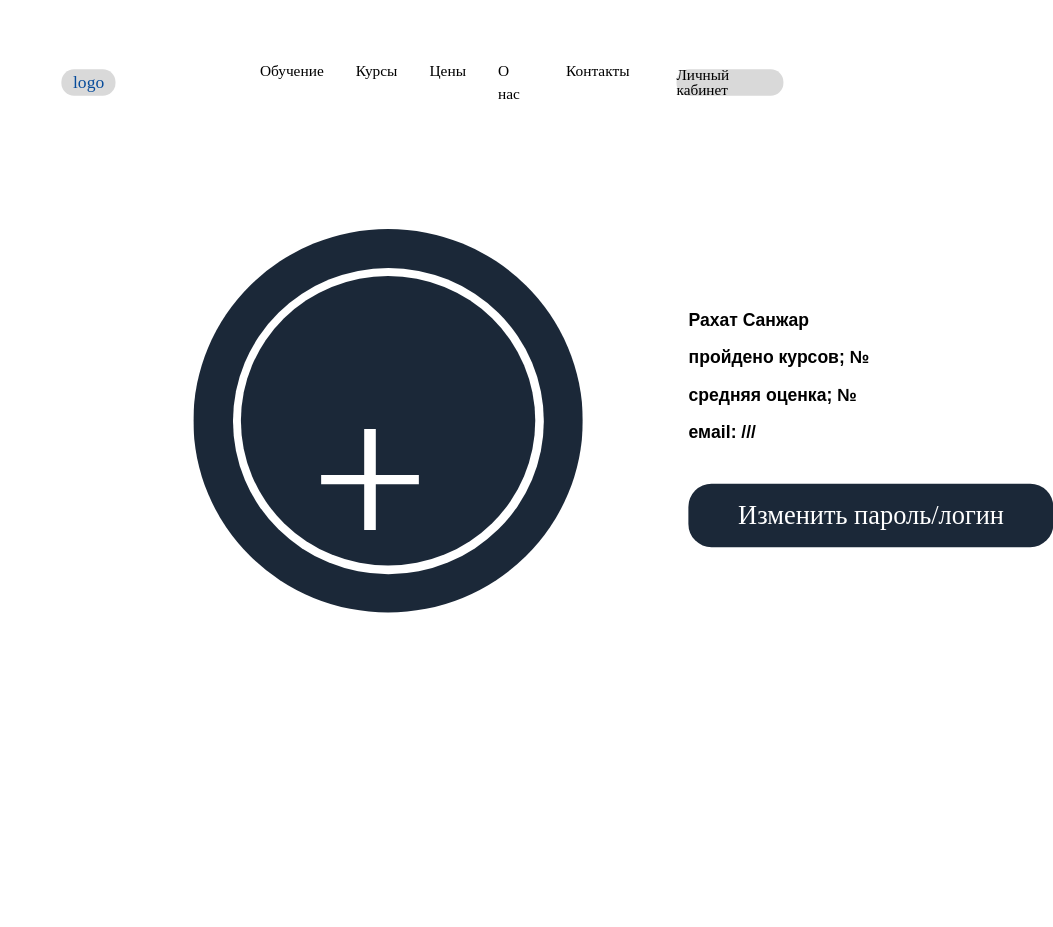
Repository: marjango/course
Page: /auth/profile
These files come from the project's save history. The page is drawn as it stood at one moment and after the next save; the edit follows.
The browser window is 1280 px wide. The page is 1596 px wide, so the pictures cover 1596 px, including what lies to the right of the window. The pictures show the whole page, at 66% of full size.
The project was rebuilt for these pictures with package versions that can differ from the ones it lists, and the page was loaded fresh each time. The framework's server and built-in components were replaced by stand-ins that run in the browser. Also part of the build but not shown: next.config.ts.

Above is the page before, as saved 2025-03-27 17:35:14.

After the next save:
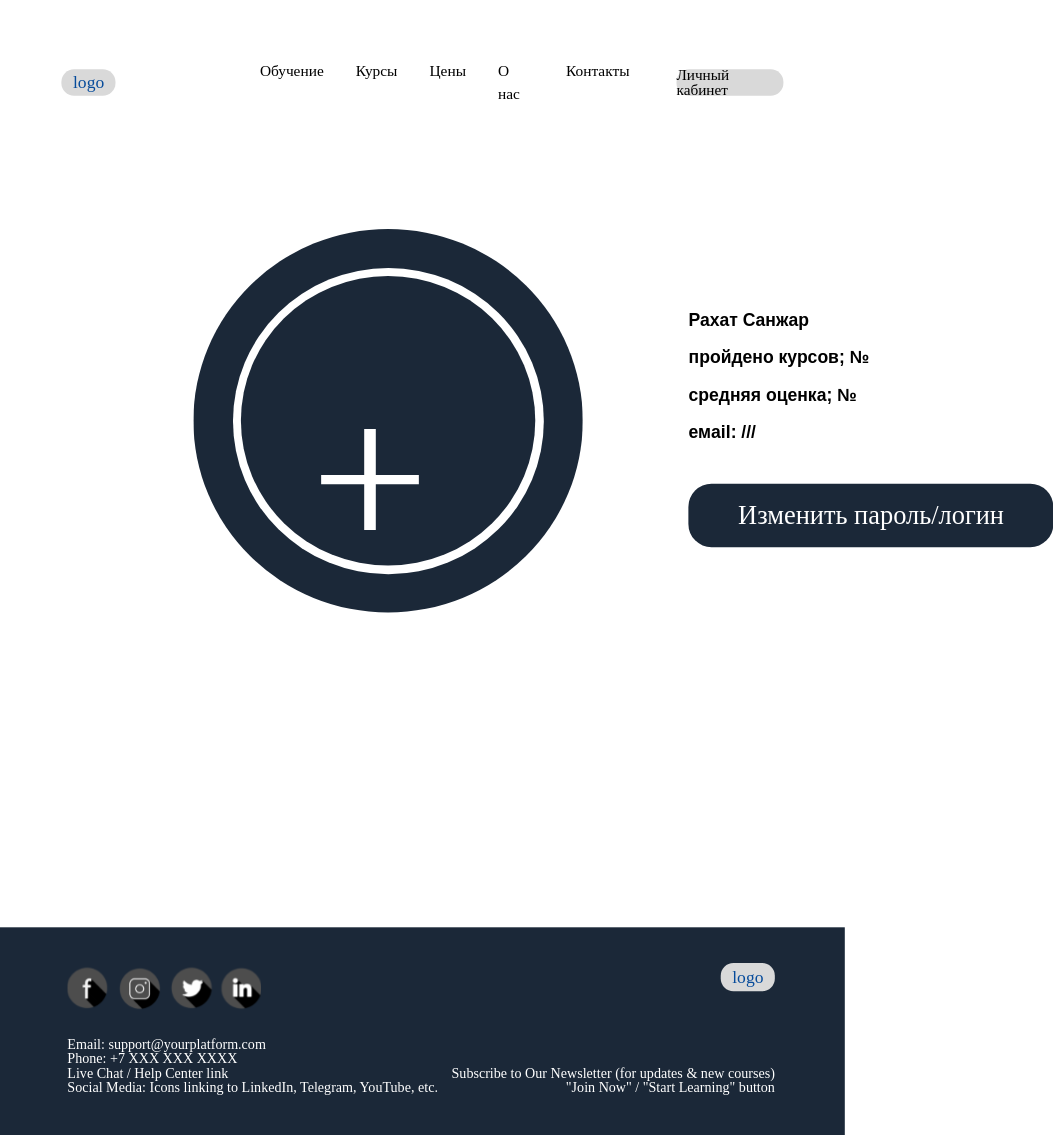
Saved 1 s later.
--- a/app/[auth]/profile/page.tsx
+++ b/app/[auth]/profile/page.tsx
@@ -2,7 +2,7 @@ import React from "react";
 import Image from "next/image";
 import s from "./profile.module.css";
 import Link from "next/link";
-import photo from './img/profilephoto.svg'
+import photo from "./img/profilephoto.svg";
 
 const profile = () => {
   return (
@@ -26,16 +26,42 @@ const profile = () => {
           </Link>
         </div>
         <div className={s.profile}>
-            <Image src={photo} alt="photo"/>
-            <div className={s.description}>
-                <p className={s.name}>Рахат Cанжар</p>
-                <p>пройдено курсов; №</p>
-                <p>средняя оценка; №</p>
-                <p>емail: ///</p>
-                <button>Изменить пароль/логин</button>
-            </div>
+          <Image src={photo} alt="photo" />
+          <div className={s.description}>
+            <p className={s.name}>Рахат Cанжар</p>
+            <p>пройдено курсов; №</p>
+            <p>средняя оценка; №</p>
+            <p>емail: ///</p>
+            <button>Изменить пароль/логин</button>
+          </div>
         </div>
       </div>
+      <footer className={s["mainpage-footer"]}>
+        <div className={s.items}>
+          <div className={s.item}>
+            <div className={s.socials}></div>
+          </div>
+          <div className={s.item}>
+            <Link href="/" className={s.logo}>
+              logo
+            </Link>
+          </div>
+          <div className={s.item}>
+            <p>
+              Email: support@yourplatform.com <br />
+              Phone: +7 XXX XXX XXXX <br />
+              Live Chat / Help Center link <br />
+              Social Media: Icons linking to LinkedIn, Telegram, YouTube, etc.
+            </p>
+          </div>
+          <div className={s.item}>
+            <p>
+              Subscribe to Our Newsletter (for updates & new courses) <br />
+              "Join Now" / "Start Learning" button
+            </p>
+          </div>
+        </div>
+      </footer>
     </>
   );
 };
